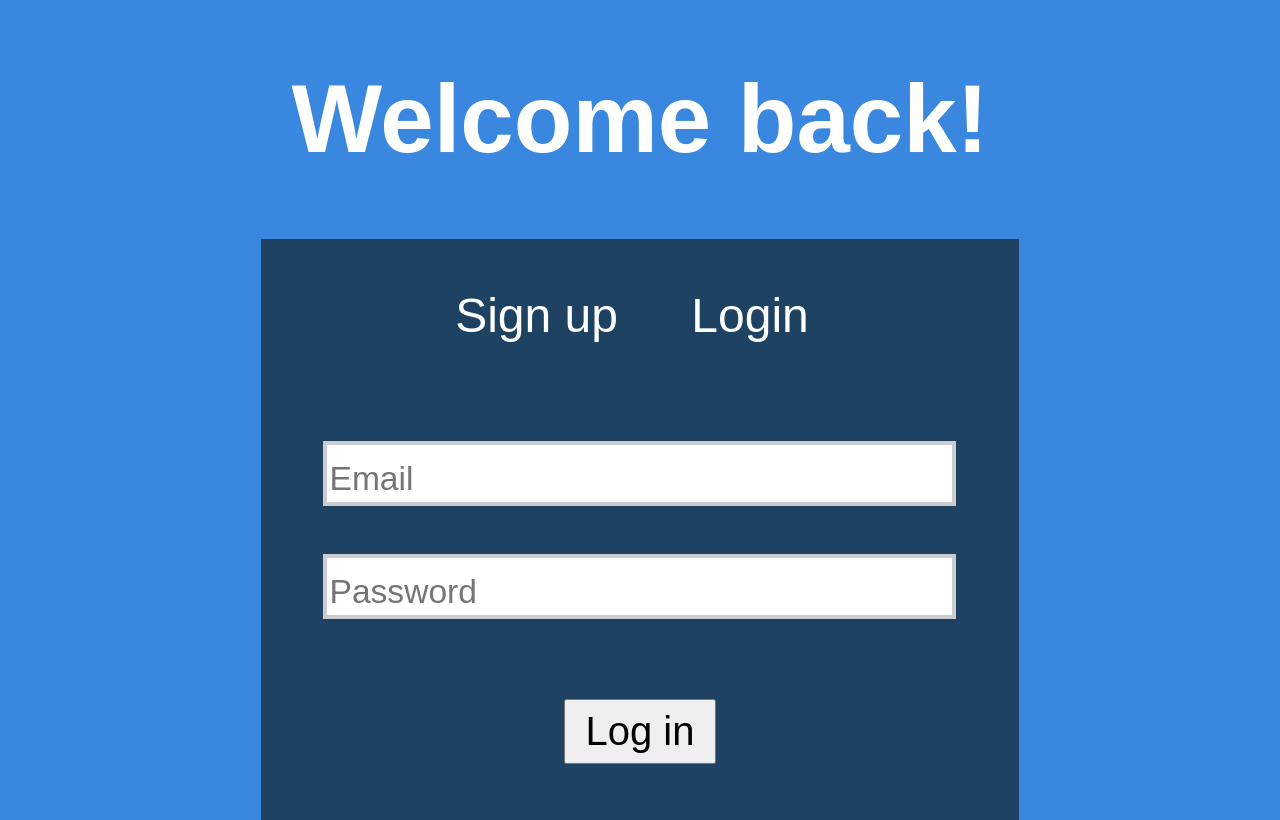
Repository: NicolasssCarlos/basic-flask-login
Page: http://localhost/
The author's editor kept a copy of each file at every save. The page is drawn from the files as they stood at one save, then again after the next save.
The browser window is 1280 px wide. The pictures show the whole page.
The page is served by the project's application, run on Flask 3 (app.py).

Above is the page before, as saved 2025-06-11 21:03:29.

### templates/index.html
<!DOCTYPE html>
<html lang="en">
<head>
    <meta charset="UTF-8">
    <meta name="viewport" content="width=device-width, initial-scale=1.0">


    <link rel="stylesheet" href="{{url_for('static', filename='main.css')}}">
    <title>Document</title>
</head>
<body class="login">


    <div class="container">


        <h1>Welcome back!</h1>


        <div class="log-in">


            <form method="post">


                <div class="buttons">


                    <button type="button" onclick="window.location.href='/signup'">Sign up</button>


                    <button type="button" onclick="window.location.href='/'">Login</button>



                </div>


                <div class="inputs">


                    <input type="email" name="email" placeholder="Email">


                    <input type="password" name="password" placeholder="Password">


                    <button type="submit">Log in</button>



                </div>



            </form>



        </div>


        {% if welcome %}


            {{ welcome }}


        {% elif error %}


            {{ error }}


        {% endif %}



    </div>



</body>
</html>

### app.py
from flask import Flask, render_template, request
import sqlite3



app = Flask(__name__)



connection = sqlite3.connect("users_log.db", check_same_thread=False)
cursor = connection.cursor()



cursor.execute("""
    CREATE TABLE IF NOT EXISTS users_log (
        id INTEGER PRIMARY KEY AUTOINCREMENT,
        name TEXT,
        username TEXT,
        email TEXT,
        password TEXT
    )
""")

@app.route("/", methods=["POST", "GET"])
def home():
    welcome = error = ""

    if request.method == "POST":
        email = request.form.get("email")
        password = request.form.get("password")

        cursor.execute("SELECT * FROM users_log WHERE email = ?", (email,))
        user_found = cursor.fetchone()

        if user_found:
            if user_found[4] == password:
                welcome = f"Welcome, {user_found[1]}"
            else:
                error = "Login failed. Incorrect email or password"

    return render_template("index.html", welcome=welcome, error=error)

@app.route("/signup", methods=["POST", "GET"])
def signup():
    errors = []
    welcome = ""

    if request.method == "POST":
        name = request.form.get("name")
        username = request.form.get("username")
        email = request.form.get("email")
        password = request.form.get("password")

        if name and username and email and password:
            cursor.execute("SELECT * FROM users_log WHERE email = ?", (email,))
            if cursor.fetchone():
                errors.append("Email is already in use")

            cursor.execute("SELECT * FROM users_log WHERE username = ?", (username,))
            if cursor.fetchone():
                errors.append("Username is already in use")

            if not errors:
                cursor.execute(
                    "INSERT INTO users_log (name, username, email, password) VALUES (?, ?, ?, ?)",
                    (name, username, email, password)
                )

                cursor.execute("SELECT * FROM users_log WHERE username = ?", (username,))
                user = cursor.fetchone()
                user_name = user[1]
                welcome = f"Welcome, {user_name}"

    return render_template("login.html", errors=errors, welcome=welcome)

if __name__ == "__main__":
    app.run(debug=True)

### static/main.css
.login {

    font-family: Arial, Helvetica, sans-serif;


    font-size: 3rem;


    background-color: #3a87df;


    color: #fff;


    margin-bottom: 0;



}


.login h1 {


    align-items: center;


    justify-content: center;


    text-align: center;



}


.login .container .log-in {


    background-color: #1e4262;


    color: #fff;


    width: 60%;


    margin-left: auto;


    margin-right: auto;


}


.inputs {



    display: flex;


    flex-direction: column;


    gap: 1rem;


    margin: 0 auto;

    margin-top: 2.1rem;


    align-items: center;


    justify-content: center;


    text-align: center;



}


.inputs input {


    font-size: 3rem;


    margin-bottom: 1rem;


    margin-top: 1rem;


    border: solid 0.3rem;


    border-color: #cccccc;
}


.inputs button {


    font-size: 2.5rem;


    width: 20%;


    align-items: center;


    justify-content: center;


    text-align: center;


    padding: 0.5rem;


    margin-top: 3rem;


    margin-bottom: 3.5rem;



}


.login .container .buttons {


    align-items: center;


    justify-content: center;


    text-align: center;



}


.buttons button {


    border: transparent;


    font-size: 3rem;


    background: transparent;


    color: #fff;


    margin-left: 1rem;

    margin-right: 2rem;


    cursor: pointer;


    margin-top: 3rem;


    margin-bottom: 3rem;



}


.inputs input::placeholder {


    font-size: 2.1rem;



}


.buttons button:hover {


    color: #cccccc;



}

After the next save:
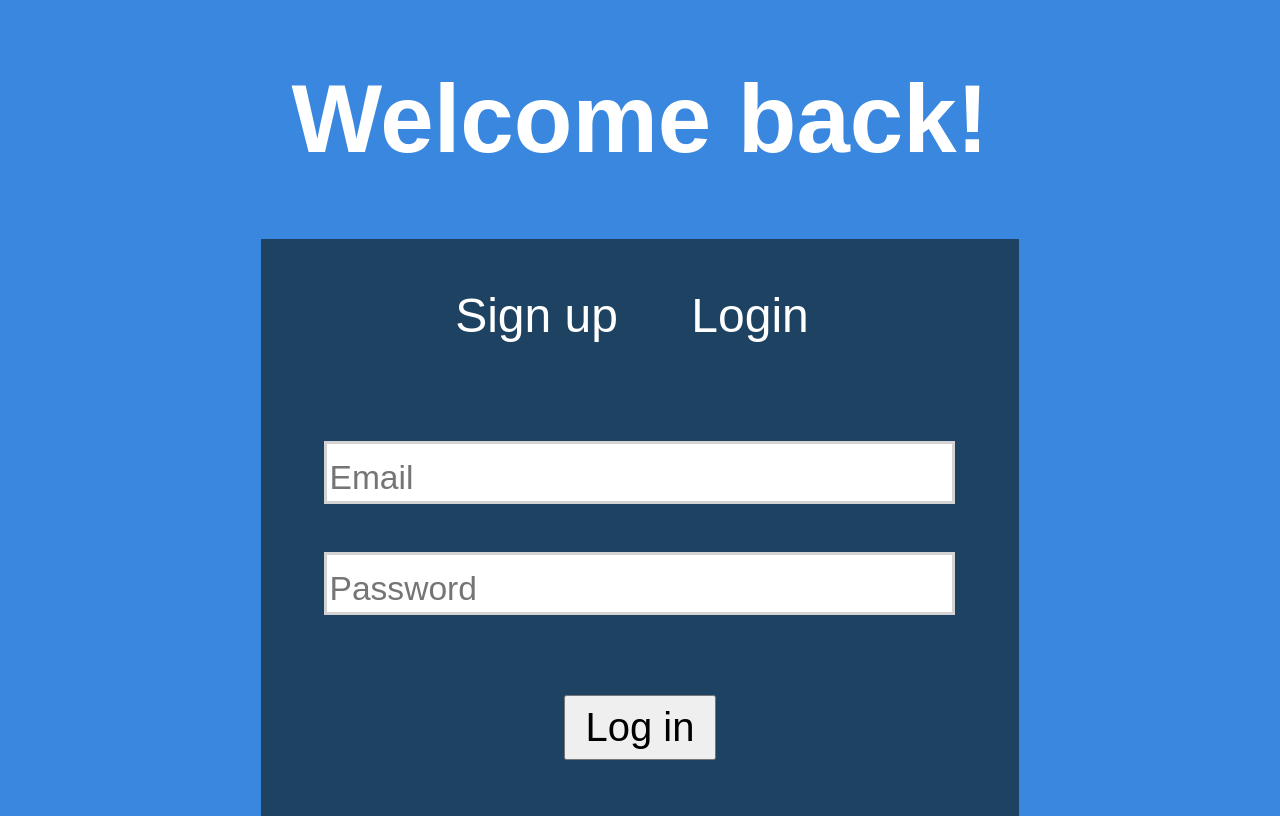
Saved 22 s later.
--- a/static/main.css
+++ b/static/main.css
@@ -99,10 +99,10 @@
     margin-top: 1rem;
 
 
-    border: solid 0.3rem;
-
-
-    border-color: #cccccc;
+    border: solid 0.2rem;
+
+
+    border-color: #d3d3d3;
 }
 
 

After the save that followed:
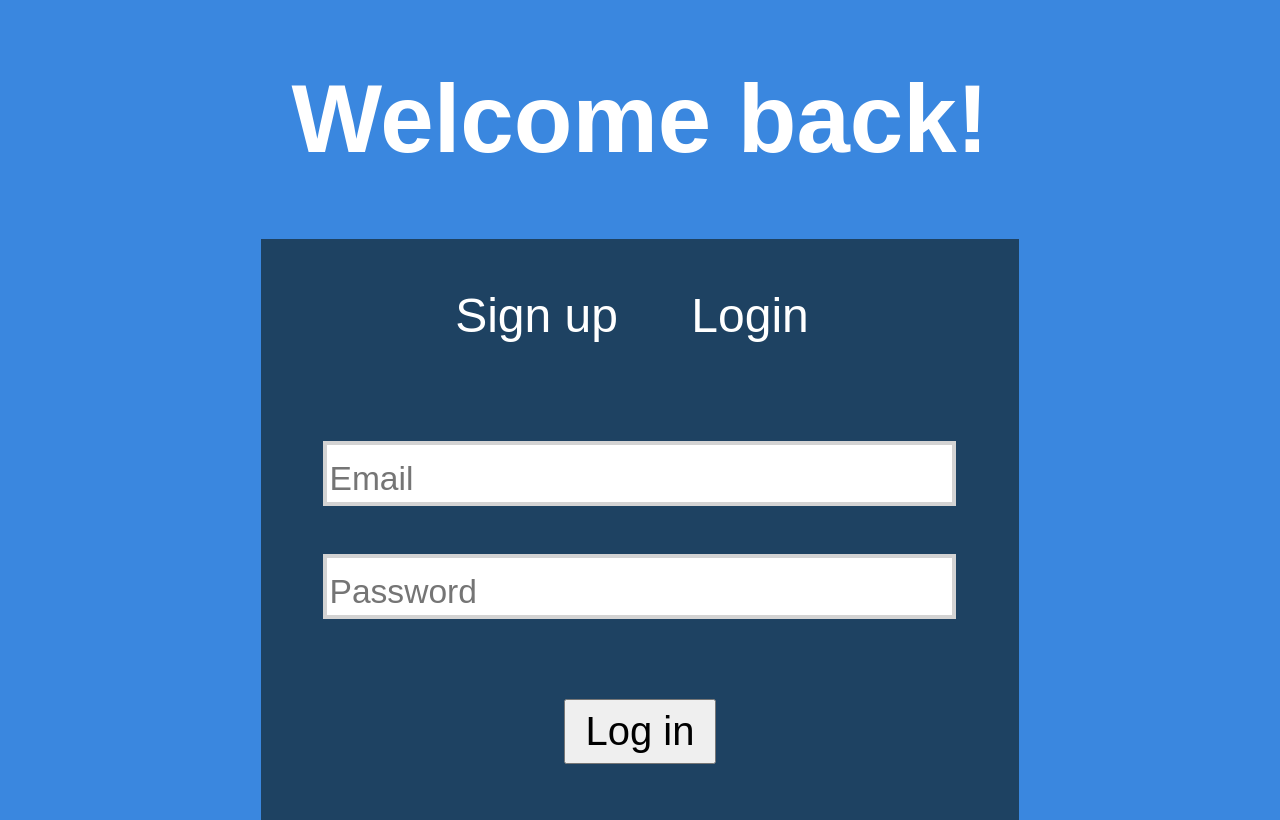
Saved 6 s later.
--- a/static/main.css
+++ b/static/main.css
@@ -99,7 +99,7 @@
     margin-top: 1rem;
 
 
-    border: solid 0.2rem;
+    border: solid 0.3rem;
 
 
     border-color: #d3d3d3;
